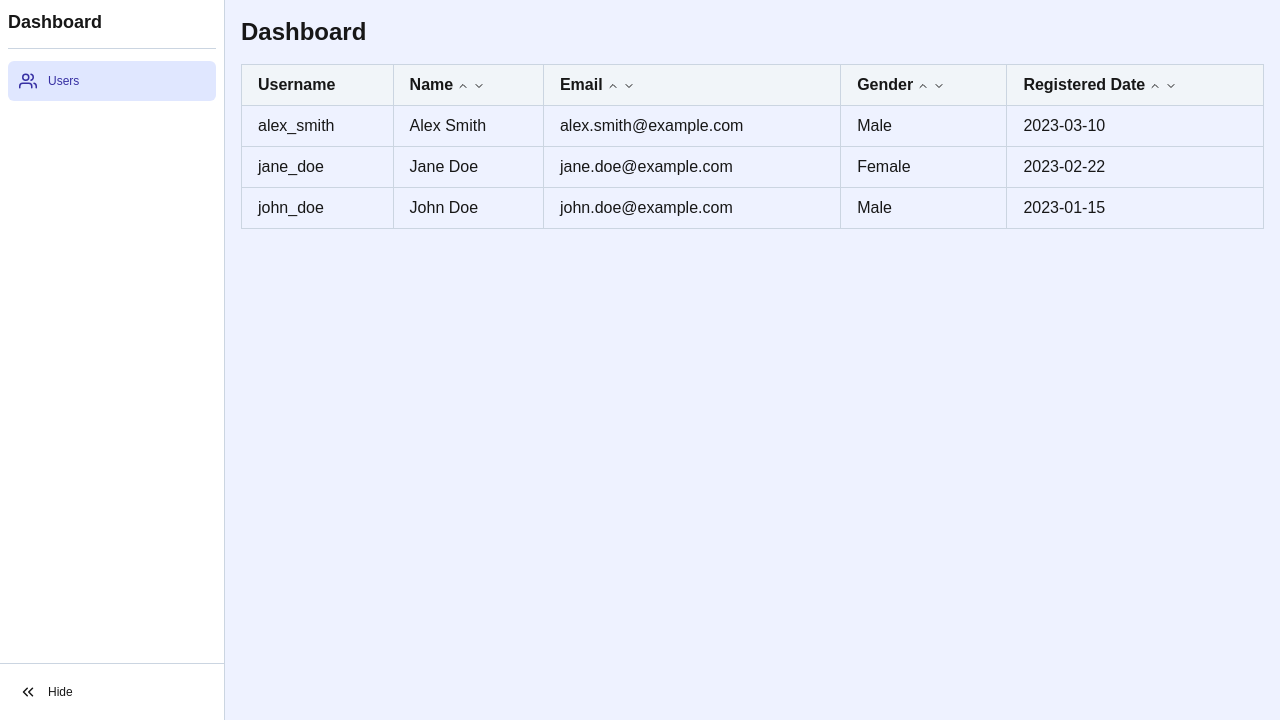
Repository: Ademaulana100499/userdashboard
Page: /
An editor plug-in stored every save of this project. The page is shown before and after the next save, followed by the edit.
The browser window is 1280 px wide. The pictures show the whole page.
The project was rebuilt for these pictures with package versions that can differ from the ones it lists, and the page was loaded fresh each time. The framework's server and built-in components were replaced by stand-ins that run in the browser. Also part of the build but not shown: next.config.mjs.

Above is the page before, as saved 2025-02-14 18:56:11.

### src/pages/index.js
import React from "react";
import Sidebar from "@/components/Sidebar";
import DashboardContent from "@/components/DashboardContent";
const Dashboard = () => {
  return (
    <div className="flex bg-indigo-50">
      <Sidebar />
      <DashboardContent />
    </div>
  );
};

export default Dashboard;

### src/components/Sidebar.jsx
import React, { useState } from "react";
import { FiChevronsRight, FiUsers } from "react-icons/fi";
import { motion } from "framer-motion";
const Sidebar = () => {
  const [open, setOpen] = useState(true);
  const [selected, setSelected] = useState("Users");

  return (
    <motion.nav
      layout
      className="sticky top-0 h-screen shrink-0 border-r border-slate-300 bg-white p-2"
      style={{
        width: open ? "225px" : "fit-content",
      }}>
      <TitleSection open={open} />

      <div className="space-y-1">
        <Option
          Icon={FiUsers}
          title="Users"
          selected={selected}
          setSelected={setSelected}
          open={open}
        />
      </div>

      <ToggleClose open={open} setOpen={setOpen} />
    </motion.nav>
  );
};

const Option = ({ Icon, title, selected, setSelected, open, notifs }) => {
  return (
    <motion.button
      layout
      onClick={() => setSelected(title)}
      className={`relative flex h-10 w-full items-center rounded-md transition-colors ${
        selected === title
          ? "bg-indigo-100 text-indigo-800"
          : "text-slate-500 hover:bg-slate-100"
      }`}>
      <motion.div
        layout
        className="grid h-full w-10 place-content-center text-lg">
        <Icon />
      </motion.div>
      {open && (
        <motion.span
          layout
          initial={{ opacity: 0, y: 12 }}
          animate={{ opacity: 1, y: 0 }}
          transition={{ delay: 0.125 }}
          className="text-xs font-medium">
          {title}
        </motion.span>
      )}

      {notifs && open && (
        <motion.span
          initial={{ scale: 0, opacity: 0 }}
          animate={{
            opacity: 1,
            scale: 1,
          }}
          style={{ y: "-50%" }}
          transition={{ delay: 0.5 }}
          className="absolute right-2 top-1/2 size-4 rounded bg-indigo-500 text-xs text-white">
          {notifs}
        </motion.span>
      )}
    </motion.button>
  );
};

const TitleSection = ({ open }) => {
  return (
    <div className="mb-3 border-b border-slate-300 pb-3">
      <div className="flex cursor-pointer items-center justify-between rounded-md transition-colors hover:bg-slate-100">
        <div className="flex justify-center items-center">
          {open && (
            <motion.div
              layout
              initial={{ opacity: 0, y: 12 }}
              animate={{ opacity: 1, y: 0 }}
              transition={{ delay: 0.125 }}>
              <span className="block text-lg font-semibold">Dashboard</span>
            </motion.div>
          )}
        </div>
      </div>
    </div>
  );
};

const ToggleClose = ({ open, setOpen }) => {
  return (
    <motion.button
      layout
      onClick={() => setOpen((pv) => !pv)}
      className="absolute bottom-0 left-0 right-0 border-t border-slate-300 transition-colors hover:bg-slate-100">
      <div className="flex items-center p-2">
        <motion.div
          layout
          className="grid size-10 place-content-center text-lg">
          <FiChevronsRight
            className={`transition-transform ${open && "rotate-180"}`}
          />
        </motion.div>
        {open && (
          <motion.span
            layout
            initial={{ opacity: 0, y: 12 }}
            animate={{ opacity: 1, y: 0 }}
            transition={{ delay: 0.125 }}
            className="text-xs font-medium">
            Hide
          </motion.span>
        )}
      </div>
    </motion.button>
  );
};

export default Sidebar;

### src/components/DashboardContent.jsx
import { FiChevronUp, FiChevronDown } from "react-icons/fi";
import { useState } from "react";

const DashboardContent = () => {
  const [sortConfig, setSortConfig] = useState({
    key: "username",
    direction: "asc",
  });

  const data = [
    {
      username: "john_doe",
      name: "John Doe",
      email: "john.doe@example.com",
      gender: "Male",
      registeredDate: "2023-01-15",
    },
    {
      username: "jane_doe",
      name: "Jane Doe",
      email: "jane.doe@example.com",
      gender: "Female",
      registeredDate: "2023-02-22",
    },
    {
      username: "alex_smith",
      name: "Alex Smith",
      email: "alex.smith@example.com",
      gender: "Male",
      registeredDate: "2023-03-10",
    },
  ];

  const sortedData = [...data].sort((a, b) => {
    if (sortConfig.key) {
      const aValue = a[sortConfig.key];
      const bValue = b[sortConfig.key];

      if (aValue < bValue) return sortConfig.direction === "asc" ? -1 : 1;
      if (aValue > bValue) return sortConfig.direction === "asc" ? 1 : -1;
      return 0;
    }
    return 0;
  });

  const requestSort = (key) => {
    let direction = "asc";
    if (sortConfig.key === key && sortConfig.direction === "asc") {
      direction = "desc";
    }
    setSortConfig({ key, direction });
  };

  const getArrowIcon = (column) => {
    if (sortConfig.key === column) {
      return sortConfig.direction === "asc" ? (
        <FiChevronUp className="text-xs ml-1" />
      ) : (
        <FiChevronDown className="text-xs ml-1" />
      );
    }
    return <FiChevronUp className="text-xs ml-1 opacity-50" />;
  };

  return (
    <div className="flex-1 p-4">
      <h1 className="text-2xl font-semibold mb-4">Dashboard</h1>
      <table className="min-w-full table-auto border-collapse border border-slate-300">
        <thead>
          <tr className="bg-slate-100">
            <th
              className="border border-slate-300 px-4 py-2 text-left cursor-pointer"
              onClick={() => requestSort("username")}>
              Username
            </th>
            <th
              className="border border-slate-300 px-4 py-2 text-left cursor-pointer"
              onClick={() => requestSort("name")}>
              Name
              <FiChevronUp className="text-xs ml-1 inline-block" />
              <FiChevronDown className="text-xs ml-1 inline-block" />
            </th>
            <th
              className="border border-slate-300 px-4 py-2 text-left cursor-pointer"
              onClick={() => requestSort("email")}>
              Email
              <FiChevronUp className="text-xs ml-1 inline-block" />
              <FiChevronDown className="text-xs ml-1 inline-block" />
            </th>
            <th
              className="border border-slate-300 px-4 py-2 text-left cursor-pointer"
              onClick={() => requestSort("gender")}>
              Gender
              <FiChevronUp className="text-xs ml-1 inline-block" />
              <FiChevronDown className="text-xs ml-1 inline-block" />
            </th>
            <th
              className="border border-slate-300 px-4 py-2 text-left cursor-pointer"
              onClick={() => requestSort("registeredDate")}>
              Registered Date
              <FiChevronUp className="text-xs ml-1 inline-block" />
              <FiChevronDown className="text-xs ml-1 inline-block" />
            </th>
          </tr>
        </thead>
        <tbody>
          {sortedData.map((user, index) => (
            <tr key={index} className="hover:bg-slate-50">
              <td className="border border-slate-300 px-4 py-2">
                {user.username}
              </td>
              <td className="border border-slate-300 px-4 py-2">{user.name}</td>
              <td className="border border-slate-300 px-4 py-2">
                {user.email}
              </td>
              <td className="border border-slate-300 px-4 py-2">
                {user.gender}
              </td>
              <td className="border border-slate-300 px-4 py-2">
                {user.registeredDate}
              </td>
            </tr>
          ))}
        </tbody>
      </table>
    </div>
  );
};

export default DashboardContent;

Loaded but not shown: src/pages/_app.js (common file); src/pages/_document.js (common file); src/styles/globals.css (common file); tailwind.config.mjs (common file)

After the next save:
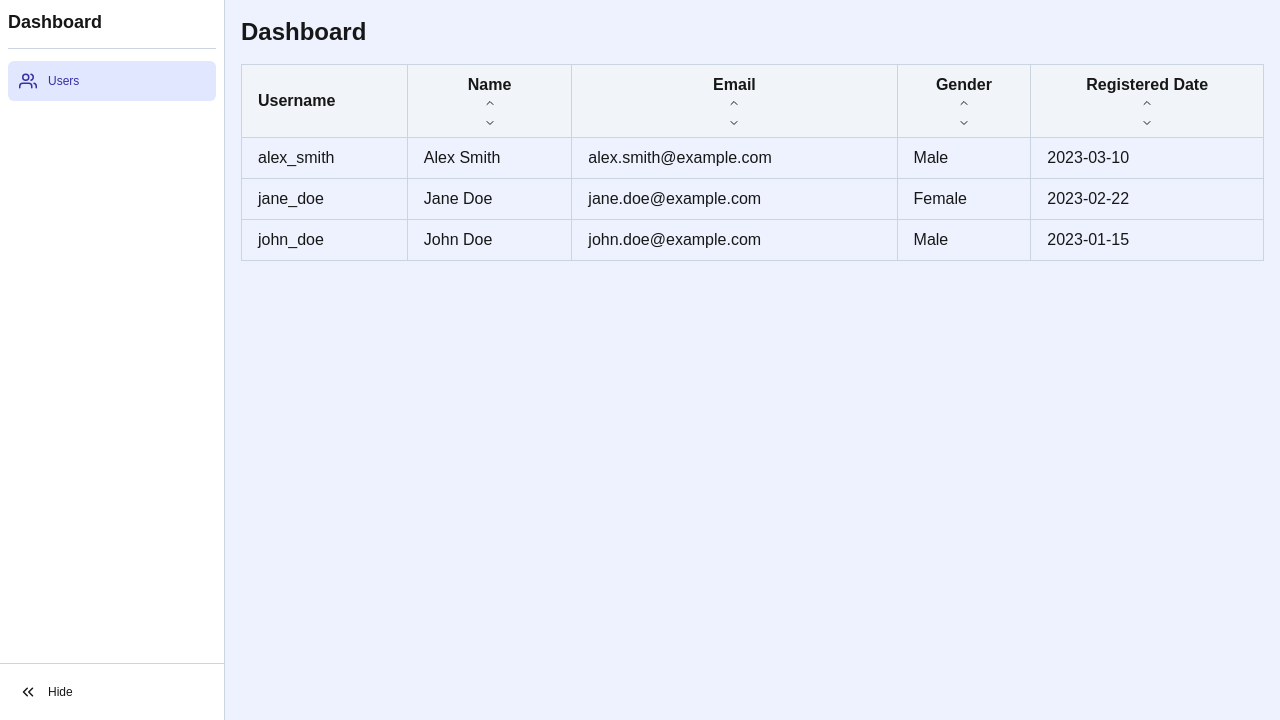
Saved 48 s later.
--- a/src/components/DashboardContent.jsx
+++ b/src/components/DashboardContent.jsx
@@ -76,30 +76,46 @@ const DashboardContent = () => {
             <th
               className="border border-slate-300 px-4 py-2 text-left cursor-pointer"
               onClick={() => requestSort("name")}>
-              Name
-              <FiChevronUp className="text-xs ml-1 inline-block" />
-              <FiChevronDown className="text-xs ml-1 inline-block" />
+              <div className="flex flex-col items-center">
+                Name
+                <div className="flex flex-col">
+                  <FiChevronUp className="text-xs mb-1" />
+                  <FiChevronDown className="text-xs mt-1" />
+                </div>
+              </div>
             </th>
             <th
               className="border border-slate-300 px-4 py-2 text-left cursor-pointer"
               onClick={() => requestSort("email")}>
-              Email
-              <FiChevronUp className="text-xs ml-1 inline-block" />
-              <FiChevronDown className="text-xs ml-1 inline-block" />
+              <div className="flex flex-col items-center">
+                Email
+                <div className="flex flex-col">
+                  <FiChevronUp className="text-xs mb-1" />
+                  <FiChevronDown className="text-xs mt-1" />
+                </div>
+              </div>
             </th>
             <th
               className="border border-slate-300 px-4 py-2 text-left cursor-pointer"
               onClick={() => requestSort("gender")}>
-              Gender
-              <FiChevronUp className="text-xs ml-1 inline-block" />
-              <FiChevronDown className="text-xs ml-1 inline-block" />
+              <div className="flex flex-col items-center">
+                Gender
+                <div className="flex flex-col">
+                  <FiChevronUp className="text-xs mb-1" />
+                  <FiChevronDown className="text-xs mt-1" />
+                </div>
+              </div>
             </th>
             <th
               className="border border-slate-300 px-4 py-2 text-left cursor-pointer"
               onClick={() => requestSort("registeredDate")}>
-              Registered Date
-              <FiChevronUp className="text-xs ml-1 inline-block" />
-              <FiChevronDown className="text-xs ml-1 inline-block" />
+              <div className="flex flex-col items-center">
+                Registered Date
+                <div className="flex flex-col">
+                  <FiChevronUp className="text-xs mb-1" />
+                  <FiChevronDown className="text-xs mt-1" />
+                </div>
+              </div>
             </th>
           </tr>
         </thead>
